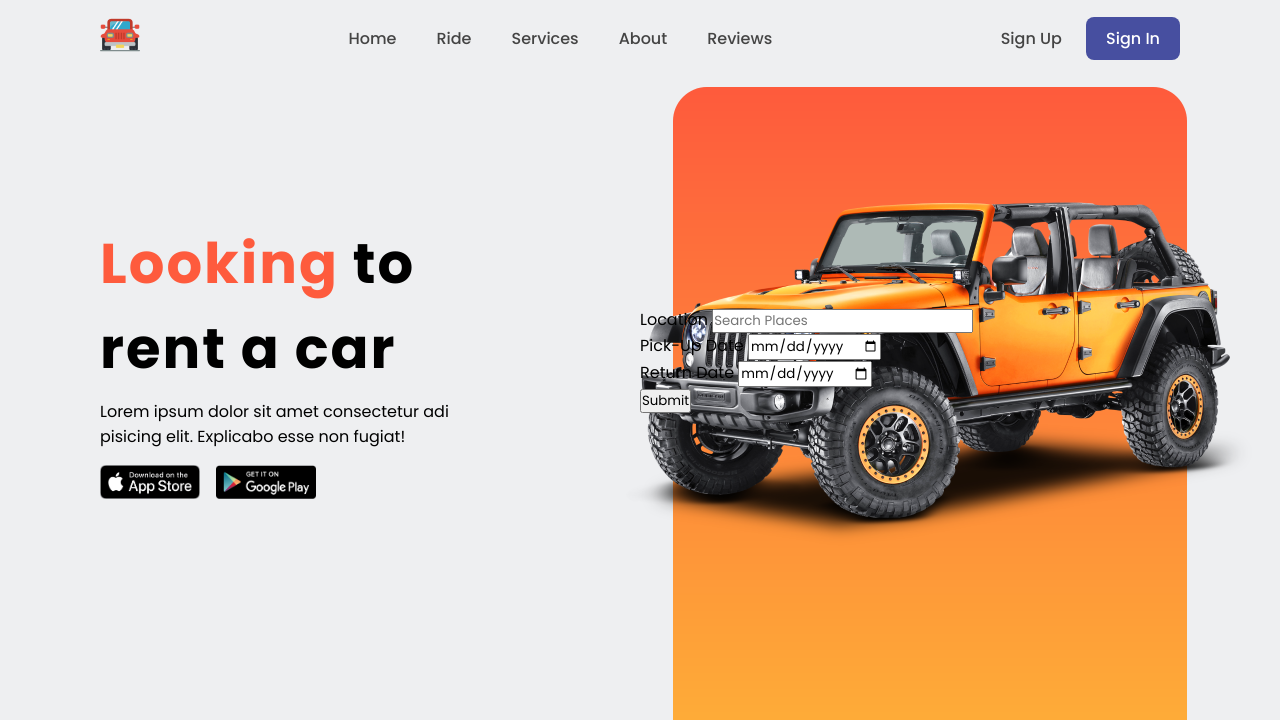
Repository: douglasabnovato/car-rental
Page: index.html
The author's editor kept a copy of each file at every save. The page is drawn from the files as they stood at one save, then again after the next save.
The browser window is 1280 px wide. The pictures show the whole page.

Above is the page before, as saved 2025-05-16 12:11:26.

After the next save:
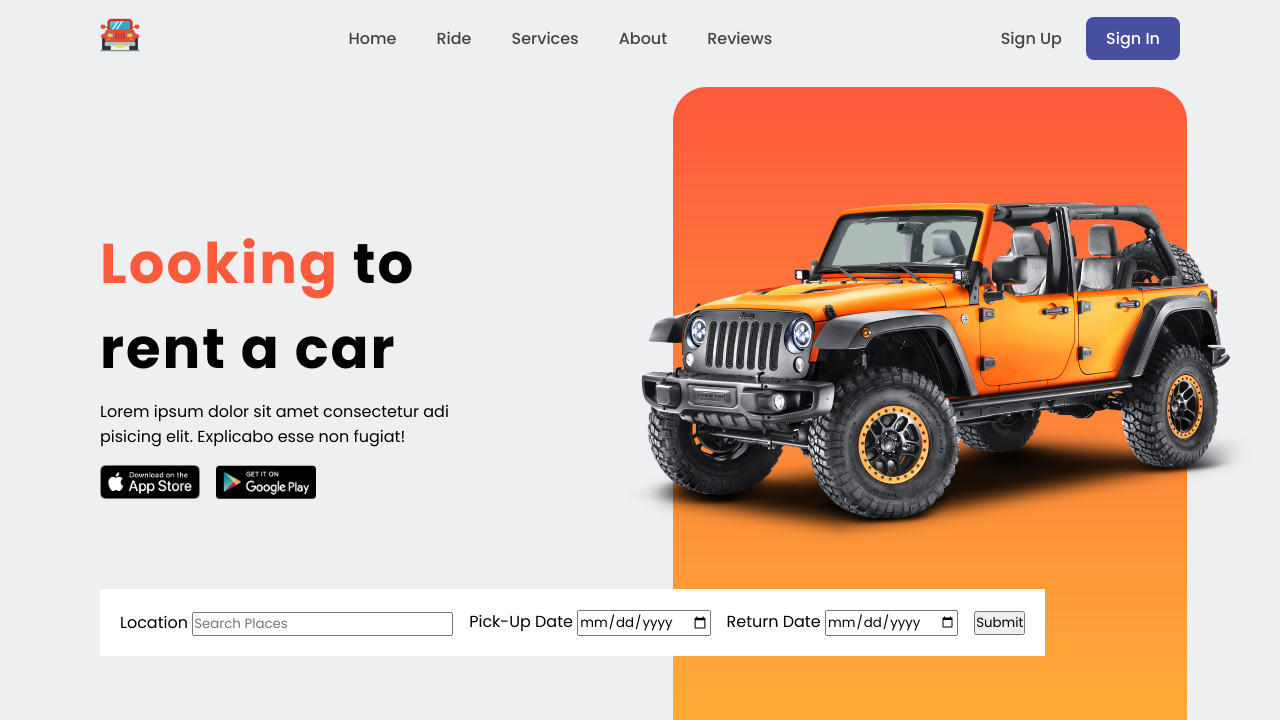
Saved 115 s later.
--- a/style.css
+++ b/style.css
@@ -135,15 +135,23 @@ header {
 }
 
 .app-stores {
-    display: flex;
+  display: flex;
 }
 
 .app-stores img {
-    width: 100px;
-    margin-right: 1rem;
-    cursor: pointer;
+  width: 100px;
+  margin-right: 1rem;
+  cursor: pointer;
 }
 
-.form-container form{
-    ds
+.form-container form {
+    display: flex;
+    flex-wrap: wrap;
+    align-items: center;
+    gap: 1rem;
+    position: absolute;
+    bottom: 4rem;
+    left: 100px;
+    background: #fff;
+    padding: 20px;
 }
